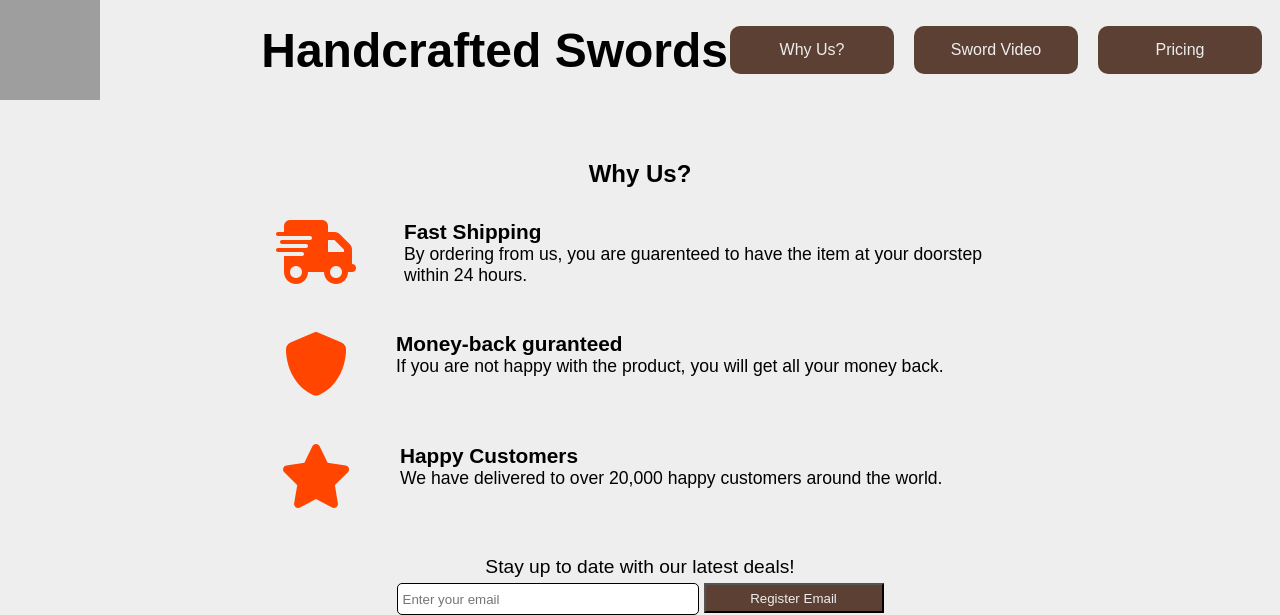
Repository: Pafestivo/Product-Landing-Page
Page: index.html
The author's editor kept a copy of each file at every save. The page is drawn from the files as they stood at one save, then again after the next save.
The browser window is 1280 px wide. The pictures show the part of the page from y = 0 to 615 px (the page is 934 px tall).
Pictures or frames that could not be fetched are drawn as grey boxes. Some web libraries are served in a nearby version.

Above is the page before, as saved 2022-09-15 19:26:27.

### index.html
<!DOCTYPE html>
<html lang="en">
<head>
  <meta charset="UTF-8">
  <meta name="viewport" content="width=device-width, initial-scale=1.0">
  <link rel="stylesheet" href="styles.css">
  <script src="https://kit.fontawesome.com/e2364af56b.js" crossorigin="anonymous"></script>
  <title>Product Landing Page</title>
</head>

<body>
  <header id="header">
    <img
    id="header-img"
    src="https://static.vecteezy.com/system/resources/previews/002/323/268/non_2x/fist-icon-symbol-vector.jpg"
    width="100"
    height="100"
    />

    <h1 id="page-title">Handcrafted Swords</h1>

    <nav id="nav-bar">
      <a class="nav-link hover-effect" href="#why-us">Why Us?</a>
      <a class="nav-link hover-effect" href="#sword-video">Sword Video</a>
      <a class="nav-link hover-effect" href="#pricing">Pricing</a>
    </nav>
  </header>

  <main>
    <h2 id="why-us">Why Us?</h2>
    <div class="reason">
    <i class="fa-solid fa-truck-fast fa-4x"></i>
      <div class="reason-text">
        <h3>Fast Shipping</h3>
        <p>By ordering from us, you are guarenteed to have the item at your doorstep within 24 hours.</p>
      </div> <!-- /Reason-text-->
    </div> <!-- /Reason -->

    <div class="reason">
      <i class="fa-solid fa-shield fa-4x"></i>
      <div class="reason-text">
        <h3>Money-back guranteed</h3>
        <p>If you are not happy with the product, you will get all your money back.</p>
      </div> <!-- /Reason-text-->
    </div> <!-- /Reason -->

    <div class="reason">
      <i class="fa-solid fa-star fa-4x"></i>
      <div class="reason-text">
        <h3>Happy Customers</h3>
        <p>We have delivered to over 20,000 happy customers around the world.</p>
      </div> <!-- /Reason-text-->
      </div> <!-- /Reason -->


    <form id="form">
      <label for="email">Stay up to date with our latest deals!</label>
      <div class="input-field">
        <input
        id="email"
        type="email"
        placeholder="Enter your email"
        />
        <input
        class="hover-effect-sm"
        id="submit"
        type="submit"
        value="Register Email"
        action="https://www.freecodecamp.com/email-submit"
        />
      </div>

    </form>


    <iframe
    width="560"
    height="315"
    src="https://www.youtube.com/embed/0qC64jGCxBo?autoplay=1&mute=1"
    title="YouTube video player"
    frameborder="0"
    allow="accelerometer; autoplay; clipboard-write; encrypted-media; gyroscope; picture-in-picture"
    allowfullscreen>
    </iframe>

  </main>
</body>
</html>

### styles.css
* {
  margin: 0;
  padding: 0;
}

html {
  box-sizing: border-box;
}

body {
  font-family: sans-serif;
  background-color: #eee;
}

/* header */
#nav-bar a {
  text-decoration: none;
  color: #eee;
  background-color: #5C4033;
  margin: 4px 2px;
  padding: 15px 32px;
  width: 100px;
  text-align: center;
  border-radius: 10px;
  transition: 0.5s;
}

.hover-effect:hover {
  transform: scale(1.1);
}

.hover-effect-sm:hover {
  border: solid 3px #000;
}

header {
  display: grid;
  grid-template-columns: 1fr auto 1fr;
  align-items: center;
  position: fixed;
  width: 100%;
  background-color: #eee;
}

header h1 {
    font-size: 3em;
}

#nav-bar {
  display: flex;
  gap: 1rem;
  padding-right: 1rem;
  justify-self: end;
}
/* End of header */

/* Main  */
main {
  text-align: center;
}

/* Why us */
#why-us {
  padding: 10rem 0 2rem 0;
}

.reason {
  display: flex;
  justify-content: center;
}

.reason h3 {
  text-align: left;
  font-size: 1.3rem;
}

.reason p {
  width: 600px;
  font-size: 1.1rem;
  text-align: left;
}

.fa-solid {
  color: orangered;
  padding: 0 3rem 3rem 0;
}
/* End of why us */

/* Email form */
form {
  display: grid;
  max-width: 1000px;
  margin: 0 auto;
  row-gap: 5px;
}

.input-field {
  display: flex;
  margin: 0 auto;
  flex-direction: row;
  flex-wrap: wrap;
  column-gap: 5px;
  width: 60%;
  justify-content: center;
}

label {
  font-size: 1.2rem;
}

#email {
  height: 30px;
  width: 50%;
  border-radius: 5px;
  border: solid 1px #000;
}

#email::placeholder {
  padding-left: 5px
}

#submit {
  width: 30%;
  height: 30px;
  justify-self: start;
  background-color: #5C4033;
  color: #eee;
  cursor: pointer;
  transition: 0.1s;
}
/* End of email form */

/* End of main */

After the next save:
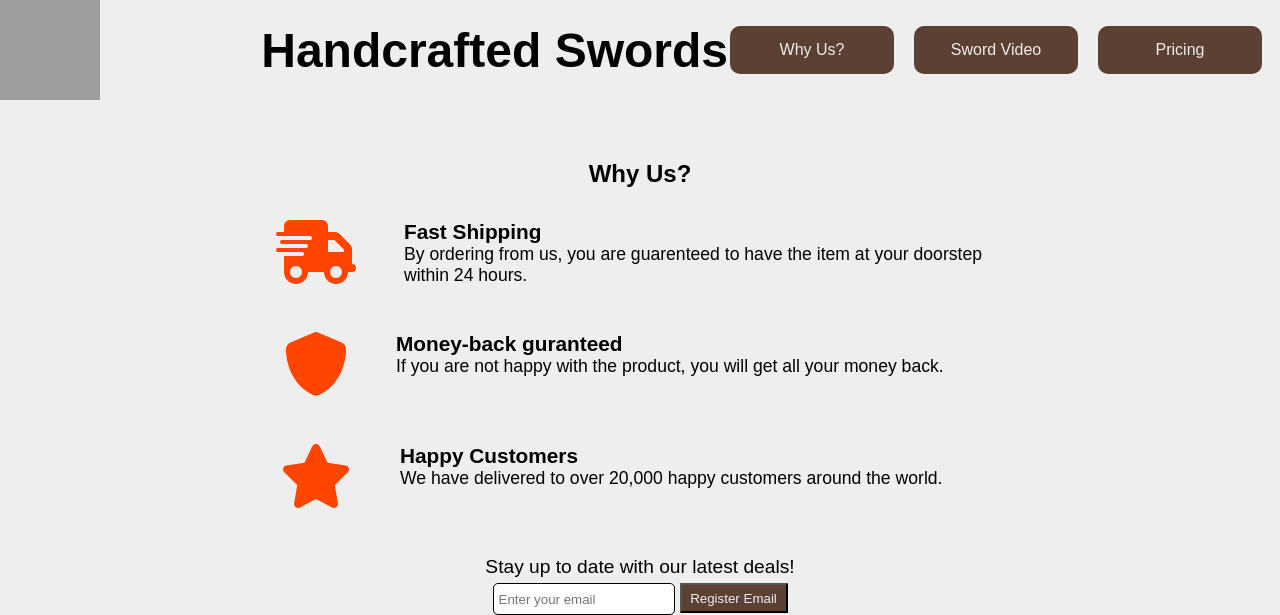
Saved 8 s later.
--- a/styles.css
+++ b/styles.css
@@ -89,7 +89,7 @@
 /* Email form */
 form {
   display: grid;
-  max-width: 1000px;
+  max-width: 600px;
   margin: 0 auto;
   row-gap: 5px;
 }
